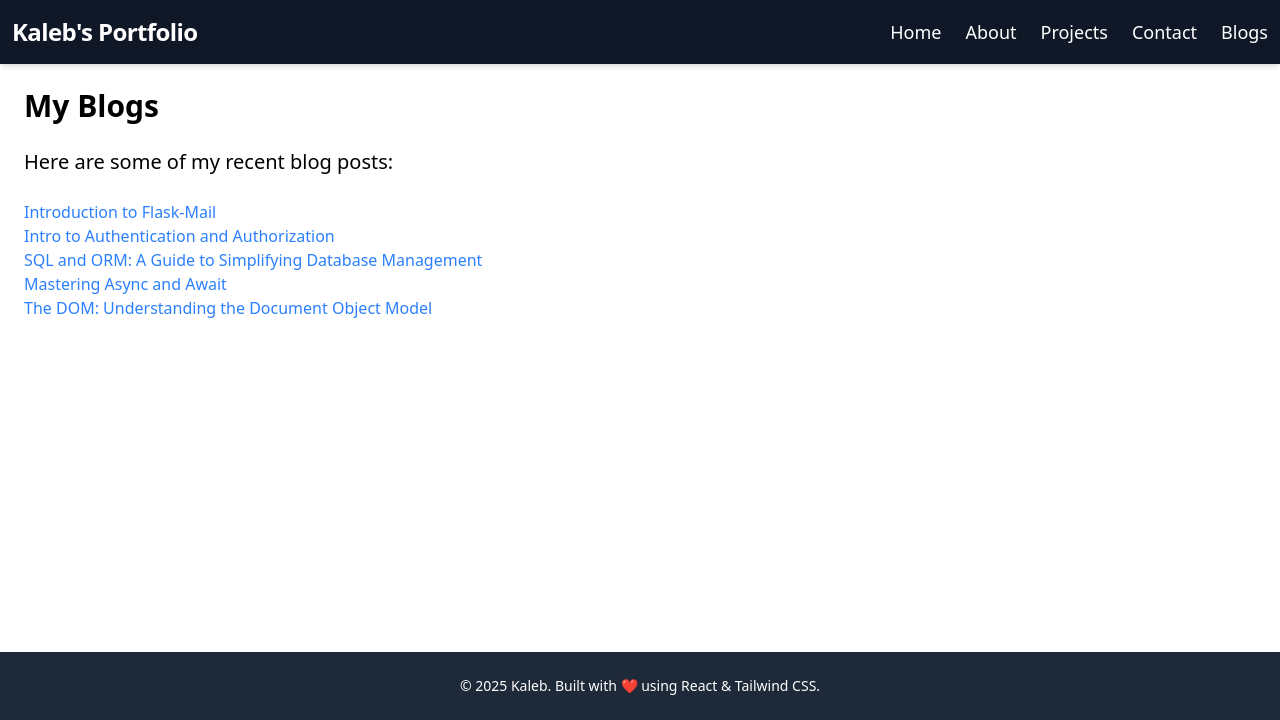
Repository: KalebMalone/portfolio-site
Page: /blogs
These files come from the project's save history. The page is drawn as it stood at one moment and after the next save; the edit follows.
The browser window is 1280 px wide. The pictures show the whole page.
The project was rebuilt for these pictures with package versions that can differ from the ones it lists, and the page was loaded fresh each time. Also part of the build but not shown: vite.config.js, src/pages/Home.jsx, src/pages/About.jsx, src/pages/Projects.jsx, src/pages/Contact.jsx.

Above is the page before, as saved 2025-04-23 17:28:49.

### src/App.jsx
import { BrowserRouter as Router, Routes, Route } from 'react-router-dom';
import Header from './components/Header';
import Footer from './components/Footer';

import Home from './pages/Home';
import About from './pages/About';
import Projects from './pages/Projects';
import Contact from './pages/Contact';
import Blogs from './pages/Blogs'; // Import Blogs page

function App() {
  return (
    <Router>
      <div className="flex flex-col min-h-screen">
        <Header />

        <main className="flex-grow">
          <Routes>
            <Route path="/" element={<Home />} />
            <Route path="/about" element={<About />} />
            <Route path="/projects" element={<Projects />} />
            <Route path="/contact" element={<Contact />} />
            <Route path="/blogs" element={<Blogs />} /> {/* Add route for Blogs */}
          </Routes>
        </main>

        <Footer />
      </div>
    </Router>
  );
}

export default App;

### src/index.css
@import 'tailwindcss';  /* Or use the Tailwind directives below */

/* Or alternatively, use these Tailwind directives directly in your CSS */
@tailwind base;
@tailwind components;
@tailwind utilities;

### src/components/Header.jsx
import { Link } from 'react-router-dom';

const Header = () => {
    return (
        <header className="bg-gray-900 text-white shadow-md py-4">
            <nav className="max-w-9xl mx-auto flex justify-between items-center px-3">
                {/* Logo/Brand Name (Left-aligned) */}
                <h1 className="text-2xl font-bold tracking-tight">Kaleb's Portfolio</h1>

                {/* Navigation Links (Right-aligned) */}
                <ul className="flex space-x-6 text-lg"> {/* Reduced space between items */}
                    {['Home', 'About', 'Projects', 'Contact', 'Blogs'].map((page) => ( // Add Blogs here
                        <li key={page}>
                            <Link
                                to={`/${page.toLowerCase() === 'home' ? '' : page.toLowerCase()}`}
                                className="hover:text-blue-400 transition-colors duration-200"
                            >
                                {page}
                            </Link>
                        </li>
                    ))}
                </ul>
            </nav>
        </header>
    );
};

export default Header;

### src/components/Footer.jsx
const Footer = () => {
    return (
        <footer className="bg-gray-800 text-white text-center py-6 mt-10">
            <p className="text-sm">© {new Date().getFullYear()} Kaleb. Built with ❤️ using React & Tailwind CSS.</p>
        </footer>
    );
};

export default Footer;

### src/pages/Blogs.jsx
import React from 'react';

const Blogs = () => {
    return (
        <div className="container mx-auto p-6">
            <h2 className="text-3xl font-bold mb-6">My Blogs</h2>
            <p className="text-xl mb-6">Here are some of my recent blog posts:</p>
            <ul>
                <li>
                    <a
                        href="https://medium.com/@kalebmalone7/introduction-to-flask-mail-89cccfeba067"
                        className="text-blue-500 hover:underline"
                        target="_blank"
                        rel="noopener noreferrer"
                    >
                        Introduction to Flask-Mail
                    </a>
                </li>
                <li>
                    <a
                        href="https://medium.com/@kalebmalone7/intro-to-authentication-and-authorization-67c5082f1454"
                        className="text-blue-500 hover:underline"
                        target="_blank"
                        rel="noopener noreferrer"
                    >
                        Intro to Authentication and Authorization
                    </a>
                </li>
                <li>
                    <a
                        href="https://medium.com/@kalebmalone7/sql-and-orm-a-guide-to-simplifying-database-management-96f84c878888"
                        className="text-blue-500 hover:underline"
                        target="_blank"
                        rel="noopener noreferrer"
                    >
                        SQL and ORM: A Guide to Simplifying Database Management
                    </a>
                </li>
                <li>
                    <a
                        href="https://medium.com/@kalebmalone7/mastering-async-and-await-6d5a32b640b9"
                        className="text-blue-500 hover:underline"
                        target="_blank"
                        rel="noopener noreferrer"
                    >
                        Mastering Async and Await
                    </a>
                </li>
                <li>
                    <a
                        href="https://medium.com/@kalebmalone7/the-dom-c04c42e8f43d"
                        className="text-blue-500 hover:underline"
                        target="_blank"
                        rel="noopener noreferrer"
                    >
                        The DOM: Understanding the Document Object Model
                    </a>
                </li>
            </ul>
        </div>
    );
};

export default Blogs;

Loaded but not shown: index.html (common file); src/main.jsx (common file)

After the next save:
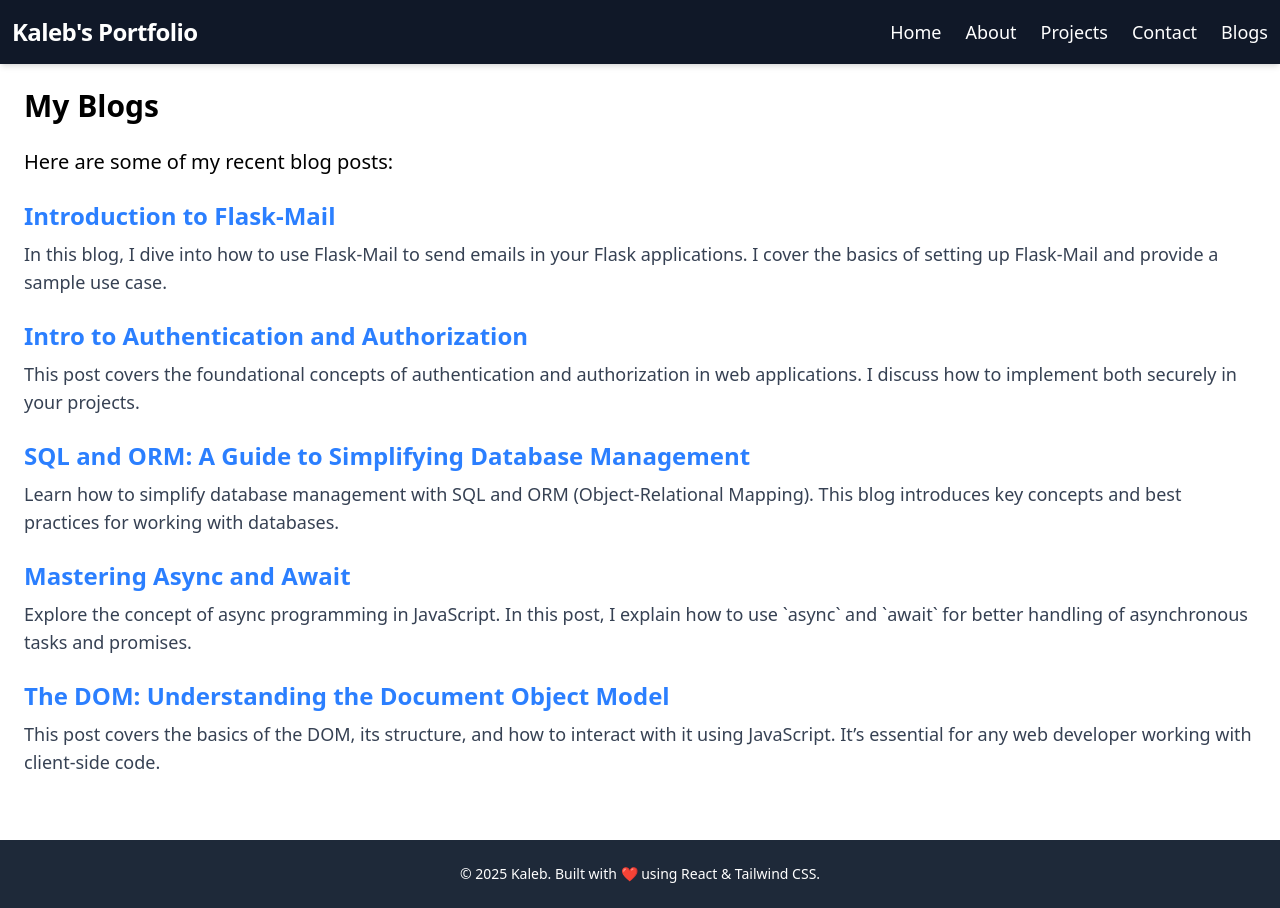
Saved 52 s later.
--- a/src/pages/Blogs.jsx
+++ b/src/pages/Blogs.jsx
@@ -5,56 +5,81 @@ const Blogs = () => {
         <div className="container mx-auto p-6">
             <h2 className="text-3xl font-bold mb-6">My Blogs</h2>
             <p className="text-xl mb-6">Here are some of my recent blog posts:</p>
-            <ul>
+            <ul className="space-y-6"> {/* Added space between items */}
                 <li>
-                    <a
-                        href="https://medium.com/@kalebmalone7/introduction-to-flask-mail-89cccfeba067"
-                        className="text-blue-500 hover:underline"
-                        target="_blank"
-                        rel="noopener noreferrer"
-                    >
-                        Introduction to Flask-Mail
-                    </a>
+                    <h3 className="text-2xl font-semibold mb-2">
+                        <a
+                            href="https://medium.com/@kalebmalone7/introduction-to-flask-mail-89cccfeba067"
+                            className="text-blue-500 hover:underline"
+                            target="_blank"
+                            rel="noopener noreferrer"
+                        >
+                            Introduction to Flask-Mail
+                        </a>
+                    </h3>
+                    <p className="text-lg text-gray-700">
+                        In this blog, I dive into how to use Flask-Mail to send emails in your Flask applications. I cover the basics of setting up Flask-Mail and provide a sample use case.
+                    </p>
                 </li>
                 <li>
-                    <a
-                        href="https://medium.com/@kalebmalone7/intro-to-authentication-and-authorization-67c5082f1454"
-                        className="text-blue-500 hover:underline"
-                        target="_blank"
-                        rel="noopener noreferrer"
-                    >
-                        Intro to Authentication and Authorization
-                    </a>
+                    <h3 className="text-2xl font-semibold mb-2">
+                        <a
+                            href="https://medium.com/@kalebmalone7/intro-to-authentication-and-authorization-67c5082f1454"
+                            className="text-blue-500 hover:underline"
+                            target="_blank"
+                            rel="noopener noreferrer"
+                        >
+                            Intro to Authentication and Authorization
+                        </a>
+                    </h3>
+                    <p className="text-lg text-gray-700">
+                        This post covers the foundational concepts of authentication and authorization in web applications. I discuss how to implement both securely in your projects.
+                    </p>
                 </li>
                 <li>
-                    <a
-                        href="https://medium.com/@kalebmalone7/sql-and-orm-a-guide-to-simplifying-database-management-96f84c878888"
-                        className="text-blue-500 hover:underline"
-                        target="_blank"
-                        rel="noopener noreferrer"
-                    >
-                        SQL and ORM: A Guide to Simplifying Database Management
-                    </a>
+                    <h3 className="text-2xl font-semibold mb-2">
+                        <a
+                            href="https://medium.com/@kalebmalone7/sql-and-orm-a-guide-to-simplifying-database-management-96f84c878888"
+                            className="text-blue-500 hover:underline"
+                            target="_blank"
+                            rel="noopener noreferrer"
+                        >
+                            SQL and ORM: A Guide to Simplifying Database Management
+                        </a>
+                    </h3>
+                    <p className="text-lg text-gray-700">
+                        Learn how to simplify database management with SQL and ORM (Object-Relational Mapping). This blog introduces key concepts and best practices for working with databases.
+                    </p>
                 </li>
                 <li>
-                    <a
-                        href="https://medium.com/@kalebmalone7/mastering-async-and-await-6d5a32b640b9"
-                        className="text-blue-500 hover:underline"
-                        target="_blank"
-                        rel="noopener noreferrer"
-                    >
-                        Mastering Async and Await
-                    </a>
+                    <h3 className="text-2xl font-semibold mb-2">
+                        <a
+                            href="https://medium.com/@kalebmalone7/mastering-async-and-await-6d5a32b640b9"
+                            className="text-blue-500 hover:underline"
+                            target="_blank"
+                            rel="noopener noreferrer"
+                        >
+                            Mastering Async and Await
+                        </a>
+                    </h3>
+                    <p className="text-lg text-gray-700">
+                        Explore the concept of async programming in JavaScript. In this post, I explain how to use `async` and `await` for better handling of asynchronous tasks and promises.
+                    </p>
                 </li>
                 <li>
-                    <a
-                        href="https://medium.com/@kalebmalone7/the-dom-c04c42e8f43d"
-                        className="text-blue-500 hover:underline"
-                        target="_blank"
-                        rel="noopener noreferrer"
-                    >
-                        The DOM: Understanding the Document Object Model
-                    </a>
+                    <h3 className="text-2xl font-semibold mb-2">
+                        <a
+                            href="https://medium.com/@kalebmalone7/the-dom-c04c42e8f43d"
+                            className="text-blue-500 hover:underline"
+                            target="_blank"
+                            rel="noopener noreferrer"
+                        >
+                            The DOM: Understanding the Document Object Model
+                        </a>
+                    </h3>
+                    <p className="text-lg text-gray-700">
+                        This post covers the basics of the DOM, its structure, and how to interact with it using JavaScript. It’s essential for any web developer working with client-side code.
+                    </p>
                 </li>
             </ul>
         </div>
